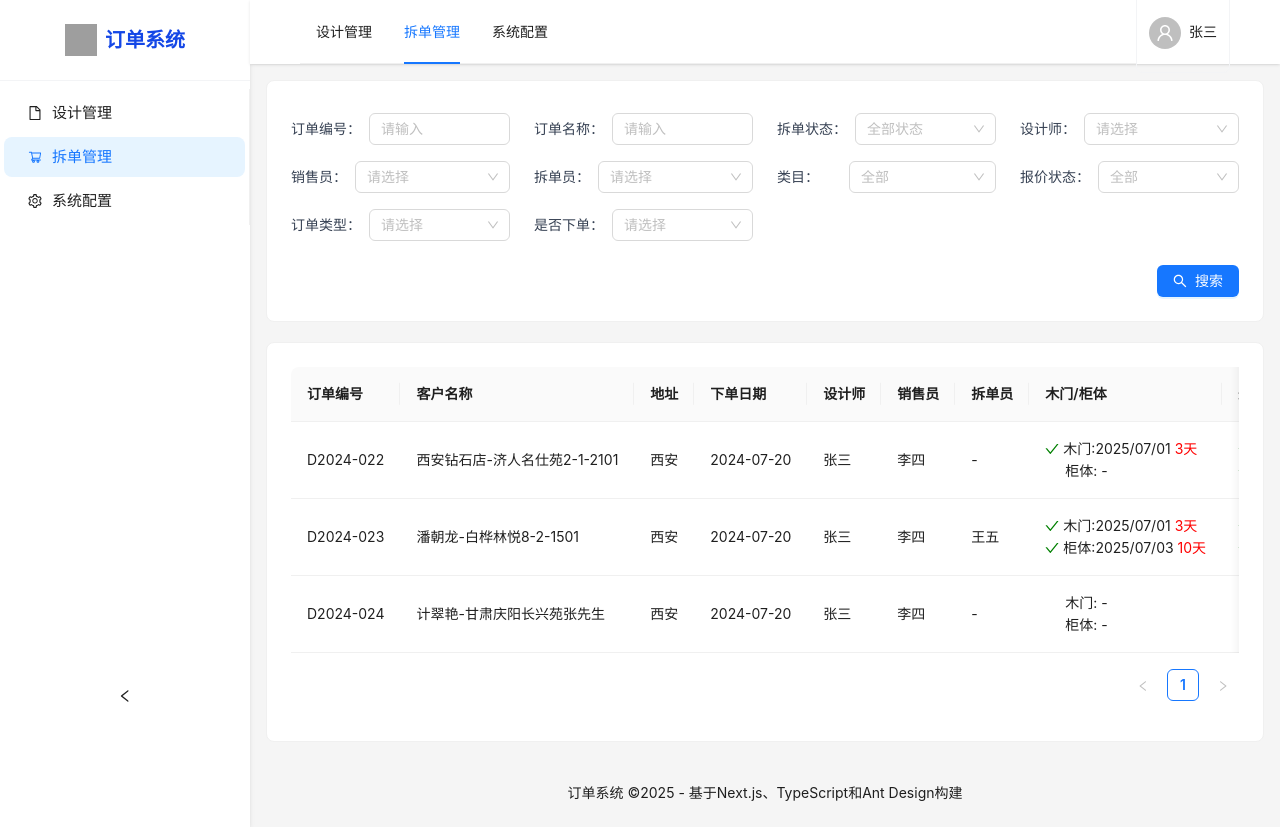
Repository: Garyxiwang/order_system
Page: /split (app in front/)
These files come from the project's save history. The page is drawn as it stood at one moment and after the next save; the edit follows.
The browser window is 1280 px wide. The pictures show the whole page.
Pictures or frames that could not be fetched are drawn as grey boxes. The project was rebuilt for these pictures with package versions that can differ from the ones it lists, and the page was loaded fresh each time. The framework's server and built-in components were replaced by stand-ins that run in the browser. Also part of the build but not shown: front/next.config.js, front/next.config.ts, front/src/app/split/editOrderModal.tsx.

Above is the page before, as saved 2025-08-05 15:18:33.

### front/src/app/layout.tsx
import type { Metadata } from "next";
import { Geist, Geist_Mono } from "next/font/google";
import '@ant-design/v5-patch-for-react-19';
import "./globals.css";

const geistSans = Geist({
  variable: "--font-geist-sans",
  subsets: ["latin"],
});

const geistMono = Geist_Mono({
  variable: "--font-geist-mono",
  subsets: ["latin"],
});

export const metadata: Metadata = {
  title: "订单系统",
  description: "基于Next.js、TypeScript和Ant Design构建的订单系统",
};

import AppLayout from '@/components/layout/AppLayout';

export default function RootLayout({
  children,
}: Readonly<{
  children: React.ReactNode;
}>) {
  return (
    <html lang="zh-CN">
      <body
        className={`${geistSans.variable} ${geistMono.variable} antialiased`}
      >
        <AppLayout>
          {children}
        </AppLayout>
      </body>
    </html>
  );
}

### front/src/app/globals.css
@import "tailwindcss";
/* Ant Design 5.x不再需要全局导入CSS文件 */

:root {
  --background: #ffffff;
  --foreground: #171717;
}

@theme inline {
  --color-background: var(--background);
  --color-foreground: var(--foreground);
  --font-sans: var(--font-geist-sans);
  --font-mono: var(--font-geist-mono);
}

@media (prefers-color-scheme: dark) {
  :root {
    --background: #0a0a0a;
    --foreground: #ededed;
  }
}

body {
  background: var(--background);
  color: var(--foreground);
  font-family: Arial, Helvetica, sans-serif;
}

### front/src/components/layout/AppLayout.tsx
"use client";

import React, { useState } from "react";
import { Layout, Menu, Avatar, Dropdown, Button, Space } from "antd";
import type { MenuProps } from "antd";
import {
  UserOutlined,
  LogoutOutlined,
  BellOutlined,
  SettingOutlined,
} from "@ant-design/icons";
import SideMenu from "@/components/layout/SideMenu";
import AntdRegistry from "../AntdRegistry";
import { usePathname, useRouter } from "next/navigation";
import Link from "next/link";

const { Content, Footer, Sider, Header } = Layout;

interface AppLayoutProps {
  children: React.ReactNode;
}

const AppLayout: React.FC<AppLayoutProps> = ({ children }) => {
  const pathname = usePathname();
  const router = useRouter();
  const isLoginPage = pathname === "/login";

  // 模拟当前用户信息
  const [currentUser] = useState({
    name: "张三",
    avatar: "",
    role: "管理员",
  });

  // 处理退出登录
  const handleLogout = () => {
    // 实际项目中应该调用登出API，清除token等
    console.log("用户登出");
    router.push("/login");
  };

  // 用户下拉菜单项
  const userMenuItems: MenuProps["items"] = [
    // {
    //   key: "profile",
    //   icon: <UserOutlined />,
    //   label: "个人信息",
    // },
    // {
    //   key: "settings",
    //   icon: <SettingOutlined />,
    //   label: "账户设置",
    // },
    // {
    //   type: "divider",
    // },
    {
      key: "logout",
      icon: <LogoutOutlined />,
      label: "退出登录",
      onClick: handleLogout,
    },
  ];

  return (
    <AntdRegistry>
      {isLoginPage ? (
        <>{children}</>
      ) : (
        <Layout className="min-h-screen">
          <Layout>
            <Sider
              width={250}
              theme="light"
              className="min-h-screen shadow-md z-10 bg-gradient-to-b from-blue-50 to-white"
              breakpoint="lg"
              collapsible
            >
              <div className="flex items-center justify-center py-6 px-4 border-b border-gray-100">
                <div className="text-xl font-bold text-blue-700 flex items-center">
                  <img src="/globe.svg" alt="Logo" className="w-8 h-8 mr-2" />
                  <span>订单系统</span>
                </div>
              </div>
              <div className="py-2">
                <SideMenu />
              </div>
            </Sider>
            <Layout>
              <Header
                style={{ backgroundColor: "white" }}
                className="px-6 flex justify-between items-center shadow-sm h-16 sticky top-0 z-10"
              >
                <div className="flex-1">
                  <Menu
                    mode="horizontal"
                    selectedKeys={[pathname.split("/")[1] || ""]}
                    className="border-b-0 font-medium"
                    items={[
                      {
                        key: "design",
                        label: (
                          <Link
                            href="/design"
                            className="text-gray-700 hover:text-blue-600"
                          >
                            设计管理
                          </Link>
                        ),
                      },
                      {
                        key: "split",
                        label: (
                          <Link
                            href="/split"
                            className="text-gray-700 hover:text-blue-600"
                          >
                            拆单管理
                          </Link>
                        ),
                      },
                      {
                        key: "config",
                        label: (
                          <Link
                            href="/config"
                            className="text-gray-700 hover:text-blue-600"
                          >
                            系统配置
                          </Link>
                        ),
                      },
                    ]}
                  />
                </div>
                <div className="flex items-center">
                  {/* <Button
                    type="text"
                    icon={<BellOutlined className="text-lg" />}
                    className="mr-4 hover:bg-gray-100 h-10 w-10 flex items-center justify-center rounded-full"
                  /> */}
                  <Dropdown
                    menu={{ items: userMenuItems }}
                    placement="bottomRight"
                    arrow
                  >
                    <Space className="cursor-pointer px-3 py-2 rounded-md hover:bg-gray-100 border border-gray-100">
                      <Avatar icon={<UserOutlined />} className="bg-blue-500" />
                      <span className="font-medium">{currentUser.name}</span>
                    </Space>
                  </Dropdown>
                </div>
              </Header>
              <Content className="m-4 rounded-lg">
                {children}
              </Content>
              <Footer className="text-center text-gray-500 bg-transparent">
                订单系统 ©{new Date().getFullYear()} -
                基于Next.js、TypeScript和Ant Design构建
              </Footer>
            </Layout>
          </Layout>
        </Layout>
      )}
    </AntdRegistry>
  );
};

export default AppLayout;

### front/src/services/splitApi.ts
// 拆单页面相关的API接口

export interface SplitOrder {
  designNumber: string;
  customerName: string;
  address: string;
  createTime: string;
  designer: string;
  salesPerson: string;
  splitPerson: string;
  doorBody: string;
  external: string;
  priceState: string;
  fixedTime: string;
  finishTime: string;
  orderType: string;
  states: string;
  remark: string;
}

// 模拟拆单数据
const mockSplitData: SplitOrder[] = [
  {
    designNumber: "D2024-022",
    customerName: "西安钻石店-济人名仕苑2-1-2101",
    address: "西安",
    createTime: "2024-07-20",
    designer: "张三",
    salesPerson: "李四",
    splitPerson: "",
    doorBody: "木门:2025/07/01:3,柜体",
    external: "石材:2025/07/01:3,板材:2025/07/01:2",
    priceState: "报价已发未打款",
    fixedTime: "2024-07-20",
    finishTime: "2024-07-30",
    orderType: "设计单",
    states: "拆单中",
    remark: "这个是一个备注",
  },
  {
    designNumber: "D2024-023",
    customerName: "潘朝龙-白桦林悦8-2-1501",
    address: "西安",
    createTime: "2024-07-20",
    designer: "张三",
    salesPerson: "李四",
    splitPerson: "王五",
    doorBody: "木门:2025/07/01:3,柜体:2025/07/03:10",
    external: "石材:2025/07/01:3,板材:2025/07/01:2",
    priceState: "已报价",
    fixedTime: "2024-07-20",
    finishTime: "2024-07-30",
    orderType: "设计单",
    states: "已完成",
    remark: "这个是一个备注",
  },
  {
    designNumber: "D2024-024",
    customerName: "计翠艳-甘肃庆阳长兴苑张先生",
    address: "西安",
    createTime: "2024-07-20",
    designer: "张三",
    salesPerson: "李四",
    splitPerson: "",
    doorBody: "木门:,柜体:",
    external: "石材:,板材:",
    priceState: "",
    fixedTime: "",
    finishTime: "",
    orderType: "设计单",
    states: "未开始",
    remark: "",
  },
];

// API响应接口
interface ApiResponse<T> {
  code: number;
  message: string;
  data: T;
}

// 获取拆单列表
export const getSplitOrders = async (): Promise<ApiResponse<SplitOrder[]>> => {
  // 模拟API调用延迟
  await new Promise((resolve) => setTimeout(resolve, 500));

  return {
    code: 200,
    message: "获取成功",
    data: mockSplitData,
  };
};

// 创建拆单
export const createSplitOrder = async (order: Omit<SplitOrder, 'designNumber'>): Promise<ApiResponse<SplitOrder>> => {
  // 模拟API调用延迟
  await new Promise((resolve) => setTimeout(resolve, 500));

  const newOrder: SplitOrder = {
    ...order,
    designNumber: `D2024-${String(Date.now()).slice(-3)}`,
  };

  mockSplitData.push(newOrder);

  return {
    code: 200,
    message: "创建成功",
    data: newOrder,
  };
};

// 更新拆单
export const updateSplitOrder = async (designNumber: string, updates: Partial<SplitOrder>): Promise<ApiResponse<SplitOrder>> => {
  // 模拟API调用延迟
  await new Promise((resolve) => setTimeout(resolve, 500));

  const index = mockSplitData.findIndex(order => order.designNumber === designNumber);

  if (index === -1) {
    return {
      code: 404,
      message: "订单不存在",
      data: {} as SplitOrder,
    };
  }

  mockSplitData[index] = { ...mockSplitData[index], ...updates };

  return {
    code: 200,
    message: "更新成功",
    data: mockSplitData[index],
  };
};

// 删除拆单
export const deleteSplitOrder = async (designNumber: string): Promise<ApiResponse<null>> => {
  // 模拟API调用延迟
  await new Promise((resolve) => setTimeout(resolve, 500));

  const index = mockSplitData.findIndex(order => order.designNumber === designNumber);

  if (index === -1) {
    return {
      code: 404,
      message: "订单不存在",
      data: null,
    };
  }

  mockSplitData.splice(index, 1);

  return {
    code: 200,
    message: "删除成功",
    data: null,
  };
};

### front/src/components/layout/SideMenu.tsx
'use client';

import React from 'react';
import { Menu } from 'antd';
import { FileOutlined, ShoppingCartOutlined, SettingOutlined, DashboardOutlined } from '@ant-design/icons';
import Link from 'next/link';
import { usePathname } from 'next/navigation';

const SideMenu: React.FC = () => {
  const pathname = usePathname();

  // 根据当前路径确定选中的菜单项
  const getSelectedKey = () => {
    if (pathname.startsWith('/design')) return ['design'];
    if (pathname.startsWith('/split')) return ['split'];
    if (pathname.startsWith('/config')) return ['config'];
    return [];
  };

  const menuItems = [
    {
      key: 'design',
      icon: <FileOutlined className="text-blue-600" />,
      label: <Link href="/design" className="text-gray-700 hover:text-blue-600 font-medium">设计管理</Link>,
    },
    {
      key: 'split',
      icon: <ShoppingCartOutlined className="text-blue-600" />,
      label: <Link href="/split" className="text-gray-700 hover:text-blue-600 font-medium">拆单管理</Link>,
    },
    {
      key: 'config',
      icon: <SettingOutlined className="text-blue-600" />,
      label: <Link href="/config" className="text-gray-700 hover:text-blue-600 font-medium">系统配置</Link>,
    },
  ];

  return (
    <Menu
      mode="inline"
      selectedKeys={getSelectedKey()}
      items={menuItems}
      className="border-r-0 bg-transparent"
      style={{ fontSize: '15px' }}
    />
  );
};

export default SideMenu;

### front/src/components/AntdRegistry.tsx
'use client';

import React from 'react';
import { createCache, extractStyle, StyleProvider } from '@ant-design/cssinjs';
import type Entity from '@ant-design/cssinjs/es/Cache';
import { useServerInsertedHTML } from 'next/navigation';

interface AntdRegistryProps {
  children: React.ReactNode;
}

const AntdRegistry = ({ children }: AntdRegistryProps) => {
  const cache = React.useMemo<Entity>(() => createCache(), []);

  useServerInsertedHTML(() => {
    return (
      <style
        id="antd"
        dangerouslySetInnerHTML={{ __html: extractStyle(cache, true) }}
      />
    );
  });

  return <StyleProvider cache={cache}>{children}</StyleProvider>;
};

export default AntdRegistry;

Loaded but not shown: front/src/app/split/page.tsx (500 lines, source omitted)

After the next save:
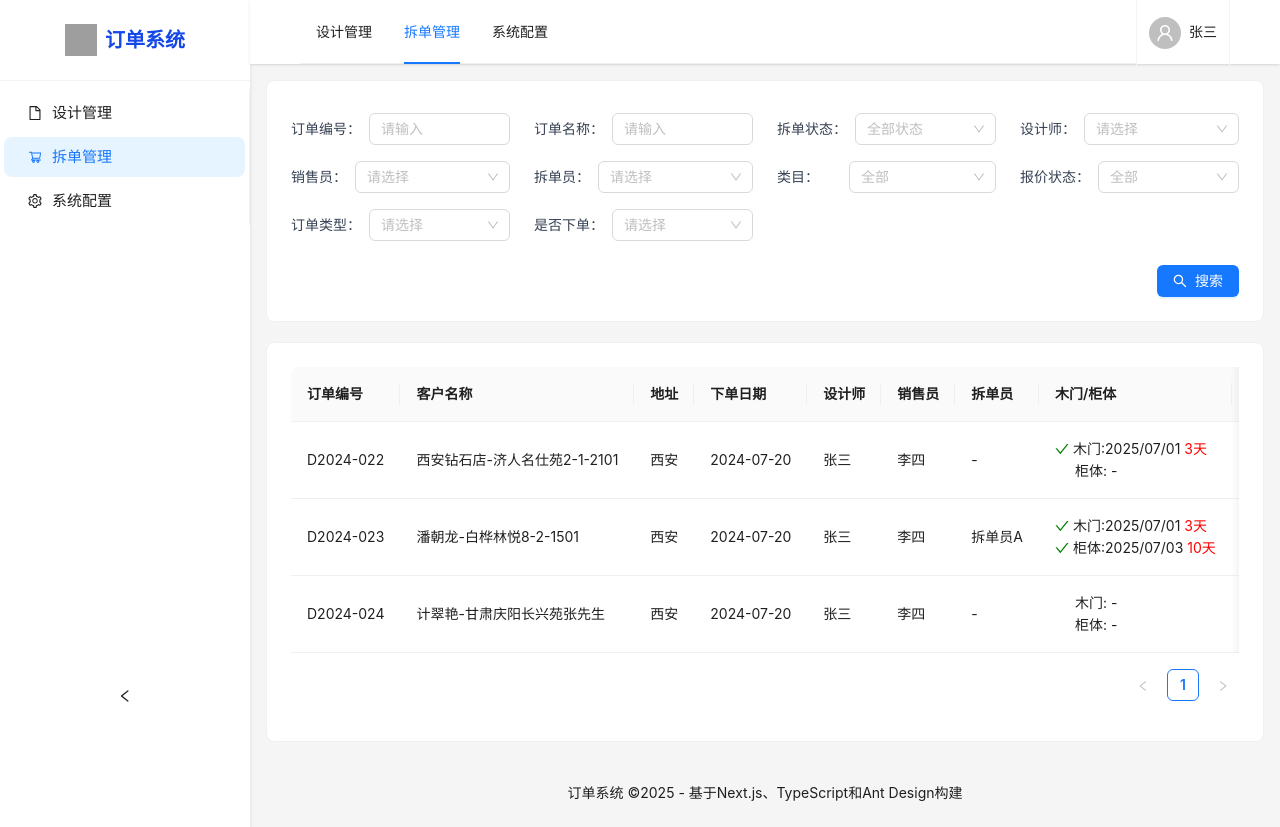
Saved 4 min 17 s later.
--- a/front/src/services/splitApi.ts
+++ b/front/src/services/splitApi.ts
@@ -44,7 +44,7 @@ const mockSplitData: SplitOrder[] = [
     createTime: "2024-07-20",
     designer: "张三",
     salesPerson: "李四",
-    splitPerson: "王五",
+    splitPerson: "拆单员A",
     doorBody: "木门:2025/07/01:3,柜体:2025/07/03:10",
     external: "石材:2025/07/01:3,板材:2025/07/01:2",
     priceState: "已报价",
